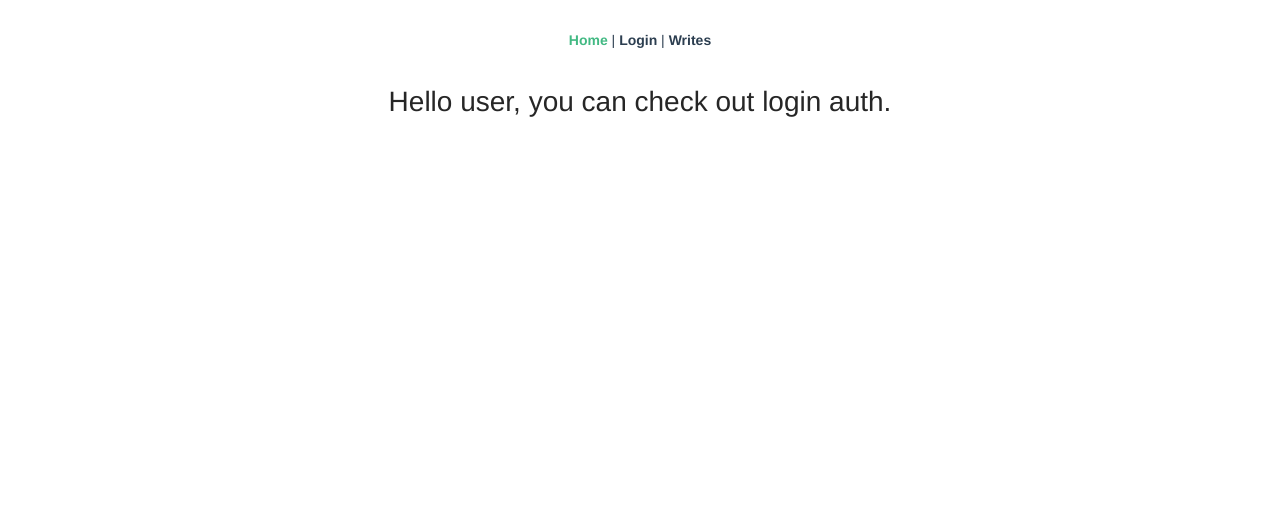
Repository: writesapp/mod
Page: /
An editor plug-in stored every save of this project. The page is shown before and after the next save, followed by the edit.
The browser window is 1280 px wide. The pictures show the whole page.
The project was rebuilt for these pictures with package versions that can differ from the ones it lists, and the page was loaded fresh each time. Also part of the build but not shown: src/components/SigninButton.vue, src/views/Login.vue, src/views/Writes.vue.

Above is the page before, as saved 2020-07-09 13:08:22.

After the next save:
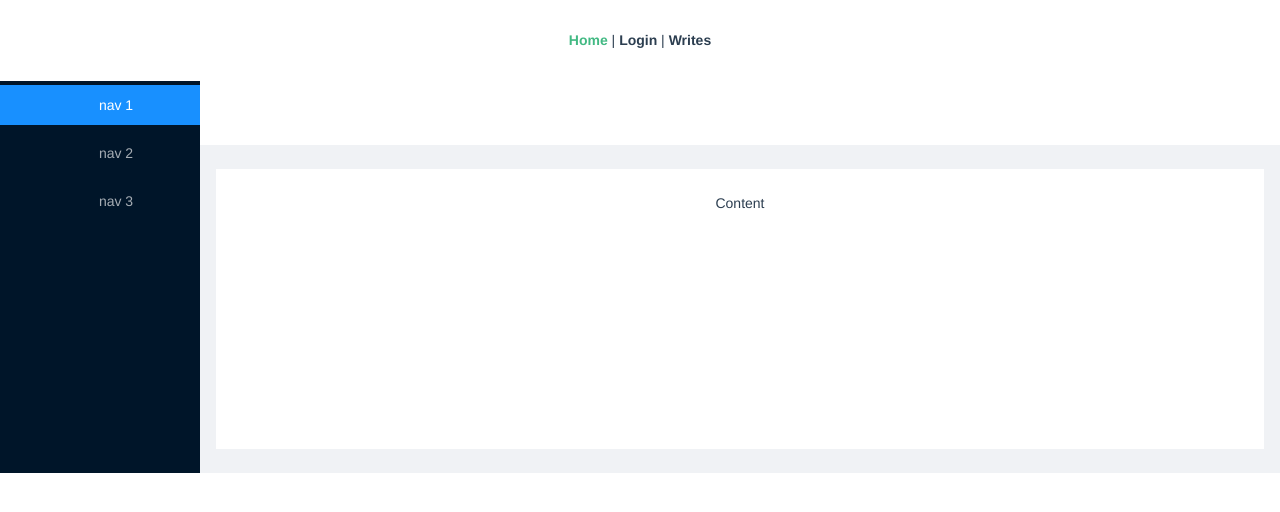
Saved 83 s later.
--- a/src/views/Home.vue
+++ b/src/views/Home.vue
@@ -1,9 +1,37 @@
 <template>
-  <div class="home">
-    <h1 v-if="!$store.state.user.loggedIn">Hello user, you can check out login auth.</h1>
-    <h1 v-if="$store.state.user.loggedIn">Hi, {{$store.state.user.data.displayName}}</h1>
-    <Layout></Layout>
-  </div>
+  <a-layout id="components-layout-demo-custom-trigger">
+    <a-layout-sider v-model="collapsed" :trigger="null" collapsible>
+      <div class="logo" />
+      <a-menu theme="dark" mode="inline" :default-selected-keys="['1']">
+        <a-menu-item key="1">
+          <a-icon type="user" />
+          <span>nav 1</span>
+        </a-menu-item>
+        <a-menu-item key="2">
+          <a-icon type="video-camera" />
+          <span>nav 2</span>
+        </a-menu-item>
+        <a-menu-item key="3">
+          <a-icon type="upload" />
+          <span>nav 3</span>
+        </a-menu-item>
+      </a-menu>
+    </a-layout-sider>
+    <a-layout>
+      <a-layout-header style="background: #fff; padding: 0">
+        <a-icon
+          class="trigger"
+          :type="collapsed ? 'menu-unfold' : 'menu-fold'"
+          @click="() => (collapsed = !collapsed)"
+        />
+      </a-layout-header>
+      <a-layout-content
+        :style="{ margin: '24px 16px', padding: '24px', background: '#fff', minHeight: '280px' }"
+      >
+        Content
+      </a-layout-content>
+    </a-layout>
+  </a-layout>
 </template>
 
 <script>
